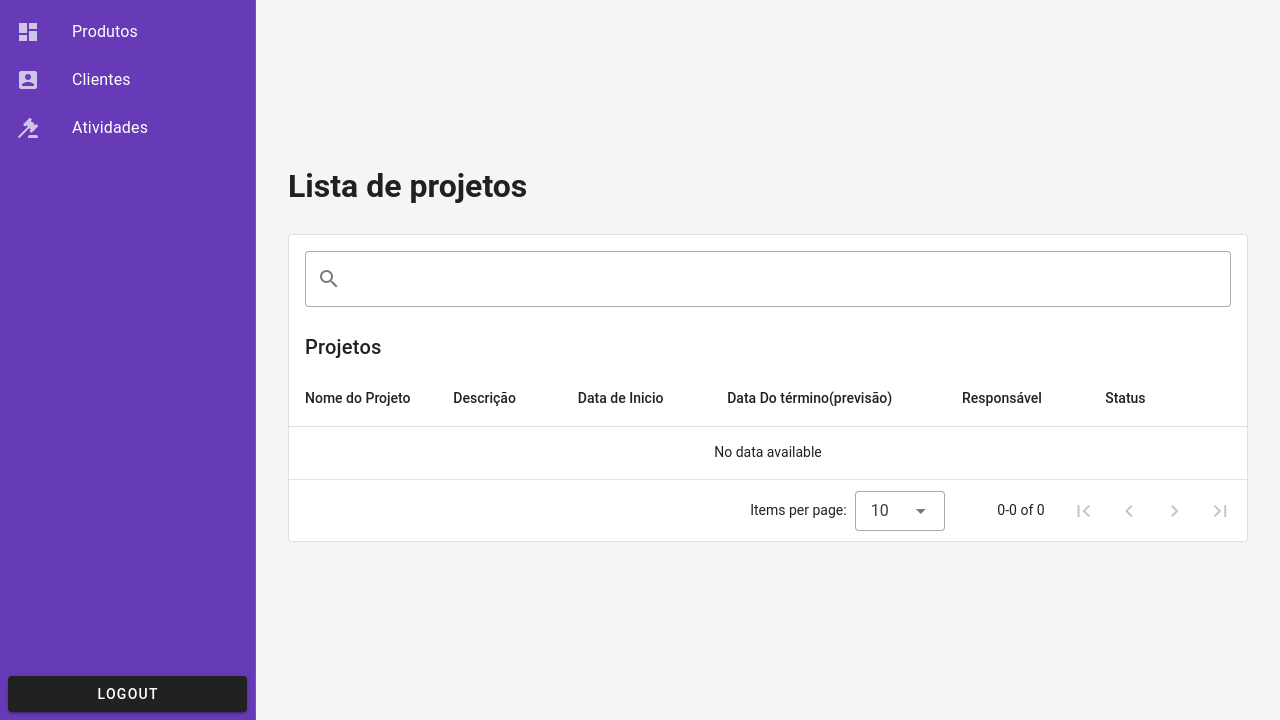
Repository: NtiSilva/Front_AG
Page: /products
The author's editor kept a copy of each file at every save. The page is drawn from the files as they stood at one save, then again after the next save.
The browser window is 1280 px wide. The pictures show the whole page.
The page's requests for data from a server got no answer. The project was rebuilt for these pictures with package versions that can differ from the ones it lists, and the page was loaded fresh each time. No one was signed in, and anything a server would have sent is missing. Also part of the build but not shown: vite.config.mjs, src/components/Alert.vue, src/components/Atividades/FormActivities.vue, src/components/Atividades/index.vue, src/components/Clientes/FormClient.vue, src/components/Dialog.vue, src/components/DialogRemove.vue, src/components/Clientes/ListClients.vue and 9 more.

Above is the page before, as saved 2024-06-19 19:12:50.

After the next save:
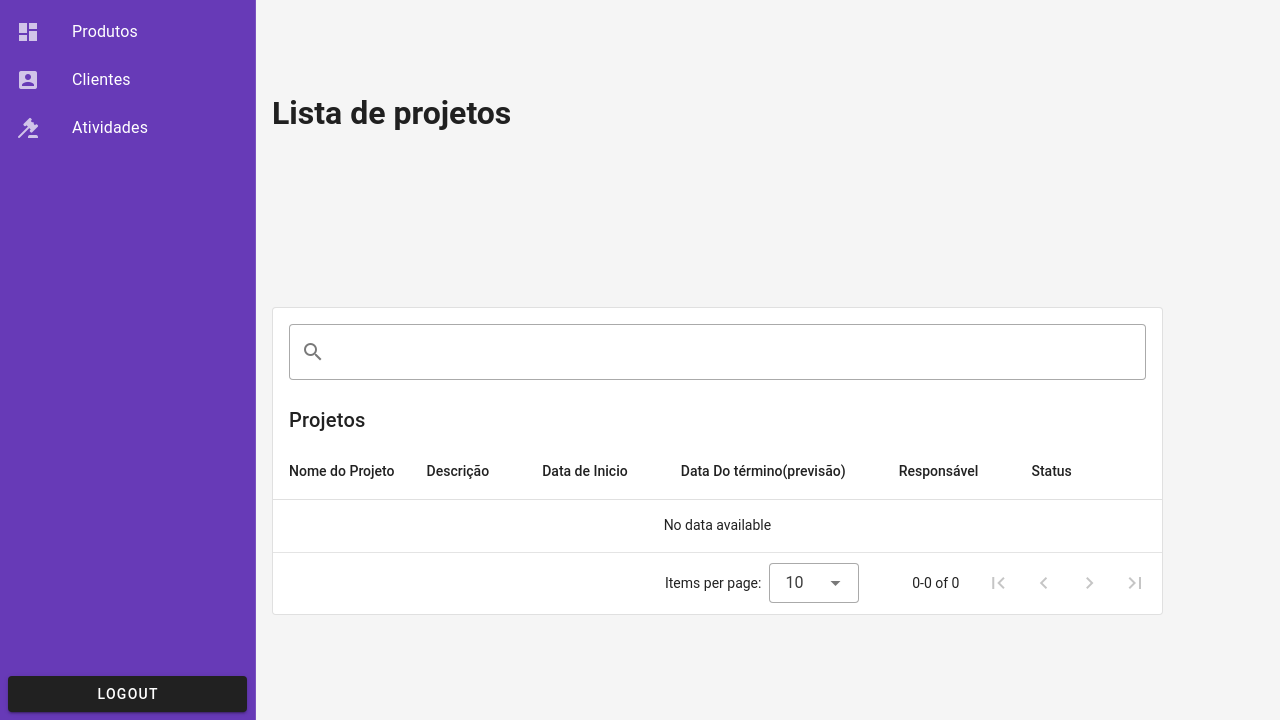
Saved 16 s later.
--- a/src/pages/Products.vue
+++ b/src/pages/Products.vue
@@ -1,7 +1,7 @@
 <template>
   <v-container class="fill-height">
 
-      <v-container>
+
         <h1 class="mb-6 text-brand">Lista de projetos</h1>
 
         <v-card flat class="border mb-4">
@@ -28,7 +28,7 @@
 
         </v-data-table>
         </v-card>
-      </v-container>
+
 
   </v-container>
 </template>
